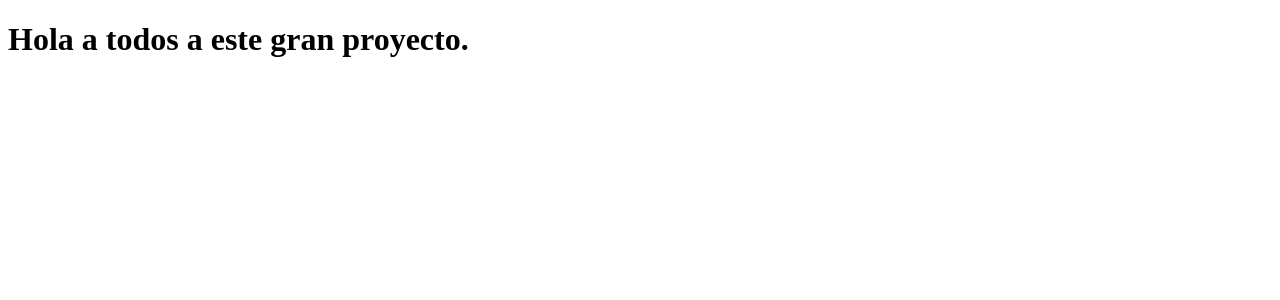
Repository: Laucardona28/MyWeb
Page: web.html
These files come from the project's save history. The page is drawn as it stood at one moment and after the next save; the edit follows.
The browser window is 1280 px wide. The pictures show the whole page.

Above is the page before, as saved 2023-04-11 21:38:46.

After the next save:
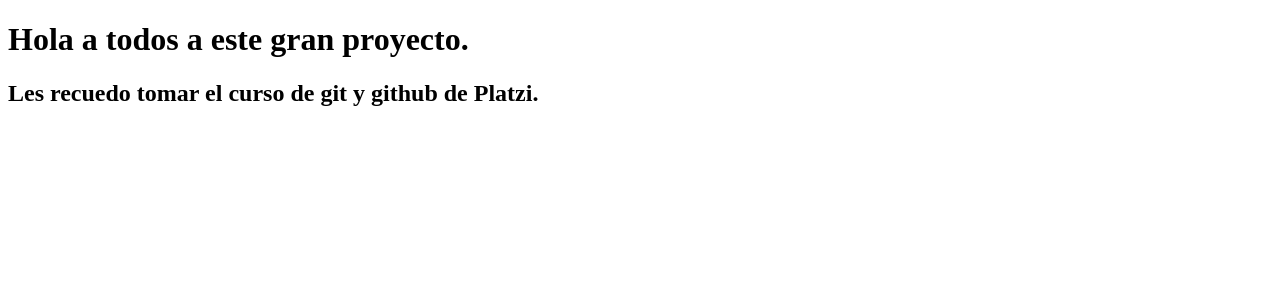
Saved 197 days later.
--- a/web.html
+++ b/web.html
@@ -10,6 +10,9 @@
             <h1>
                 Hola a todos a este gran proyecto.
             </h1>
+            <h2>
+                Les recuedo tomar el curso de git y github de Platzi.
+            </h2>
         </div>
     </body>
 </html>
